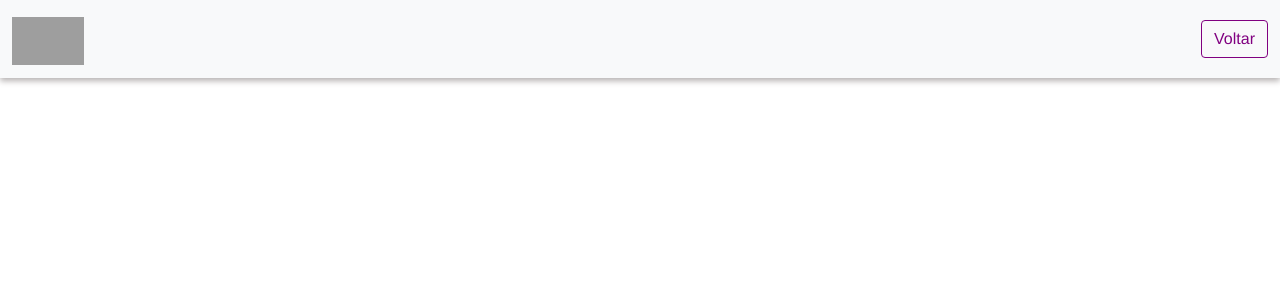
Repository: LuismGil/Countries-list
Page: /
The author's editor kept a copy of each file at every save. The page is drawn from the files as they stood at one save, then again after the next save.
The browser window is 1280 px wide. The pictures show the whole page.
Pictures or frames that could not be fetched are drawn as grey boxes. The project was rebuilt for these pictures with package versions that can differ from the ones it lists, and the page was loaded fresh each time.

Above is the page before, as saved 2021-05-22 18:59:45.

### public/index.html
<!DOCTYPE html>
<html lang="">
  <head>
    <meta charset="utf-8">
    <meta http-equiv="X-UA-Compatible" content="IE=edge">
    <meta name="viewport" content="width=device-width,initial-scale=1.0">
    <link rel="icon" href="<%= BASE_URL %>favicon.ico">
    <link href="https://cdn.jsdelivr.net/npm/bootstrap@5.0.1/dist/css/bootstrap.min.css" rel="stylesheet" integrity="sha384-+0n0xVW2eSR5OomGNYDnhzAbDsOXxcvSN1TPprVMTNDbiYZCxYbOOl7+AMvyTG2x" crossorigin="anonymous">
    <title><%= htmlWebpackPlugin.options.title %></title>
  </head>
  <body>
    <noscript>
      <strong>We're sorry but <%= htmlWebpackPlugin.options.title %> doesn't work properly without JavaScript enabled. Please enable it to continue.</strong>
    </noscript>
    <div id="app"></div>
    <!-- built files will be auto injected -->
  </body>
</html>

### src/App.vue
<template>
  <div id="app">
    <mv-header />

  </div>
</template>

<script>
import MvHeader from './components/MvHeader.vue';

export default {
  name: 'App',
  components: {
    MvHeader,
  },
};
</script>

<style>
#app {
  color: #2c3e50;
  font-family: Avenir, Helvetica, Arial, sans-serif;
  -webkit-font-smoothing: antialiased;
  -moz-osx-font-smoothing: grayscale;
  text-align: center;
}
</style>

### src/components/MvHeader.vue
<template>
<div>
  <nav class="navbar navbar-light bg-light navbar-shadow">
  <div class="container-fluid">
    <a class="navbar-brand" href="#">
      <img src="https://mova.vc/img/footer_mova.svg" alt="Mova Logo" width="72" height="48" class="d-inline-block align-text-top">
    </a>
    <mv-button></mv-button>
  </div>
  </nav>
</div>
</template>

<script>
import MvButton from './MvButton.vue';

export default {
  name: 'MvHeader',
  components: {
    MvButton,
  },

};
</script>

<style>
.navbar-shadow {
  box-shadow: 0px 3px 6px 0px #b6b2b2;
}
</style>

### src/components/MvButton.vue
<template>
  <div>
    <button type="button" class="btn btn-outline btn-color">Voltar</button>
  </div>
</template>

<script>
export default {

};
</script>

<style>
.btn-color {
  border-color: purple;
  color: purple;
}

.btn-color:hover {
  color:purple;
}
</style>

Loaded but not shown: src/main.js (common file)

After the next save:
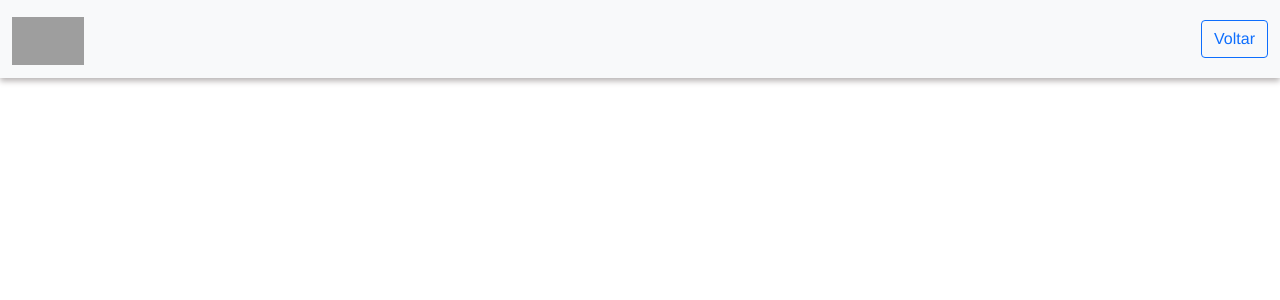
Saved 28 s later.
--- a/src/components/MvButton.vue
+++ b/src/components/MvButton.vue
@@ -1,6 +1,6 @@
 <template>
   <div>
-    <button type="button" class="btn btn-outline btn-color">Voltar</button>
+    <button type="button" class="btn btn-outline-primary">Voltar</button>
   </div>
 </template>
 
